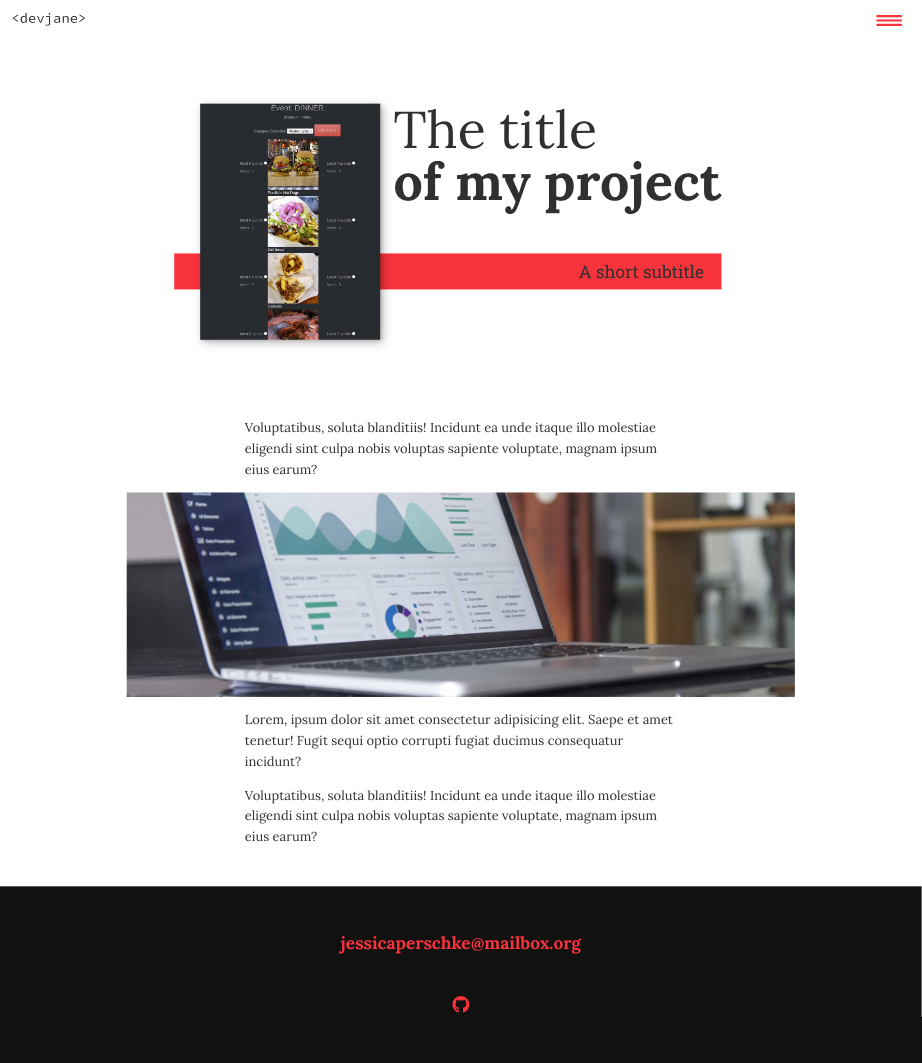
Repository: DinoDime/site
Page: portfolio-item1.html
The author's editor kept a copy of each file at every save. The page is drawn from the files as they stood at one save, then again after the next save.
The browser window is 1280 px wide. The pictures show the whole page, at 72% of full size.
Some web libraries are served in a nearby version.

Above is the page before, as saved 2021-05-03 05:41:08.

### portfolio-item1.html
<!DOCTYPE html>
<html lang="en">
  <head>
    <link
      rel="stylesheet"
      href="https://cdnjs.cloudflare.com/ajax/libs/normalize/8.0.1/normalize.css"
    />
    <meta charset="UTF-8" />
    <meta name="viewport" content="width=device-width, initial-scale=1.0" />
    <title>Jess' Portfolio</title>
    <link
      rel="stylesheet"
      href="https://cdnjs.cloudflare.com/ajax/libs/normalize/7.0.0/normalize.min.css"
    />
    <link
      rel="stylesheet"
      href="https://cdnjs.cloudflare.com/ajax/libs/font-awesome/5.11.2/css/all.css"
      integrity="sha256-46qynGAkLSFpVbEBog43gvNhfrOj+BmwXdxFgVK/Kvc="
      crossorigin="anonymous"
    />

    <!-- Update these with your own fonts -->
    <link
      href="https://fonts.googleapis.com/css?family=Lora:400,700|Roboto+Slab:400,700&display=swap"
      rel="stylesheet"
    />

    <link rel="stylesheet" href="css/style.css" />
  </head>
  <body>
    <header>
      <div class="logo">
        <img src="img/devjane.png" alt="" />
      </div>
      <!--Hamburger button-->
      <button class="nav-toggle" aria-label="toggle navigation">
        <span class="hamburger"></span>
      </button>
      <nav class="nav">
        <ul class="nav__list">
          <li class="nav__item">
            <a href="index.html" class="nav__link">Home</a>
          </li>
          <li class="nav__item">
            <a href="index.html#Skills" class="nav__link">Skills</a>
          </li>
          <li class="nav__item">
            <a href="index.html#about" class="nav__link">About me</a>
          </li>
          <li class="nav__item">
            <a href="index.html#work" class="nav__link">My Work</a>
          </li>
        </ul>
      </nav>
    </header>

    <section class="intro">
      <h1 class="section__title section__title--intro">
        The title <strong>of my project</strong>
      </h1>
      <p class="section__subtitle section__subtitle--intro">A short subtitle</p>
      <img src="img/MeetMeThere.png" alt="" class="intro__img" />
    </section>

    <div class="portfolio-item-individual">
      <p>
        Voluptatibus, soluta blanditiis! Incidunt ea unde itaque illo molestiae
        eligendi sint culpa nobis voluptas sapiente voluptate, magnam ipsum eius
        earum?
      </p>
      <img src="img/portfolio-details.jpg" alt="" />
      <p>
        Lorem, ipsum dolor sit amet consectetur adipisicing elit. Saepe et amet
        tenetur! Fugit sequi optio corrupti fugiat ducimus consequatur incidunt?
      </p>
      <p>
        Voluptatibus, soluta blanditiis! Incidunt ea unde itaque illo molestiae
        eligendi sint culpa nobis voluptas sapiente voluptate, magnam ipsum eius
        earum?
      </p>
    </div>

    <!-- Footer -->
    <footer class="footer">
      <!-- replace with your own email address -->
      <a href="mailto:jessicaperschke@mailbox.org" class="footer__link"
        >jessicaperschke@mailbox.org</a
      >
      <ul class="social-list">
        <li class="social-list__item">
          <a class="social-list__link" href="https://github.com/jl-perschke">
            <i class="fab fa-github"></i>
          </a>
        </li>
      </ul>
    </footer>

    <script src="js/index.js"></script>
  </body>
</html>

### css/style.css
*,
*::before,
*::after {
    box-sizing: border-box;
}

/* Custom Properties, update these for your own design */

:root {
    --ff-primary: 'Lora', serif;
    --ff-secondary: 'Roboto Slab', serif;

    --fw-reg: 400;
    --fw-bold: 700;

    --clr-light: #fff;
    --clr-dark: #303030;
    --clr-accent: #f8333c;

    --fs-h1: 3rem;
    --fs-h2: 2.25rem;
    --fs-h3: 1.25rem;
    --fs-body: 1rem;

    --bs: 0.25em 0.25em 0.75em rgba(0,0,0,.25),
          0.125em 0.125em 0.25em rgba(0,0,0,.15);
}

@media (min-width: 800px) {
    :root {
        --fs-h1: 4.5rem;
        --fs-h2: 3.75rem;
        --fs-h3: 1.5rem;
        --fs-body: 1.125rem;
    }
}

/* General styles */

/* endable this to add smooth scrolling */
/* html {
    scroll-behavior: smooth;
} */


body {
    background: var(--clr-light);
    color: var(--clr-dark);
    margin: 0;
    font-family: var(--ff-primary);
    font-size: var(--fs-body);
    line-height: 1.6;
}

section {
    padding: 5em 2em;
}

img {
    display: block;
    max-width: 100%;
}

strong { font-weight: var(--fw-bold) }

:focus {
    outline: 3px solid var(--clr-accent);
    outline-offset: 3px;
}

/* Buttons */

.btn {
    display: inline-block;
    padding: .5em 2.5em;
    background: var(--clr-accent);
    color: var(--clr-dark);
    text-decoration: none;
    cursor: pointer;
    font-size: .8rem;
    text-transform: uppercase;
    letter-spacing: 2px;
    font-weight: var(--fw-bold);
    transition: transform 200ms ease-in-out;
}

.btn:hover {
    transform: scale(1.1);
}

/* Typography */

h1,
h2,
h3 {
    line-height: 1;
    margin: 0;
}

h1 { font-size: var(--fs-h1) }
h2 { font-size: var(--fs-h2) }
h3 { font-size: var(--fs-h3) }


.section__title {
    margin-bottom: .25em;
}

.section__title--intro {
    font-weight: var(--fw-reg);
}

.section__title--intro strong {
    display: block;
}

.section__subtitle {
    margin: 0;
    font-size: var(--fs-h3);
}

.section__subtitle--intro,
.section__subtitle--about {
    background: var(--clr-accent);
    padding: .25em 1em;
    font-family: var(--ff-secondary);
    margin-bottom: 1em;
}

.section__subtitle--work {
    color: var(--clr-accent);
    font-weight: var(--fw-bold);
    margin-bottom: 2em;
}

/* header */

header {
    display: flex;
    justify-content: space-between;
    padding: 1em;
}

.logo {
    max-width: 100px;
}

.nav {
    position: fixed;
    background: var(--clr-dark);
    color: var(--clr-light);
    top: 0;
    bottom: 0;
    left: 0;
    right: 0;
    z-index: 100;

    transform: translateX(100%);
    transition: transform 250ms cubic-bezier(.5, 0, .5, 1);
}

.nav__list {
    list-style: none;
    display: flex;
    height: 100%;
    flex-direction: column;
    justify-content: space-evenly;
    align-items: center;
    margin: 0;
    padding: 0;
}

.nav__link {
    color: inherit;
    font-weight: var(--fw-bold);
    font-size: var(--fs-h2);
    text-decoration: none;
}

.nav__link:hover {
    color: var(--clr-accent);
}

.nav-toggle {
    padding: .5em;
    background: transparent;
    border: 0;
    cursor: pointer;
    position: absolute;
    right: 1em;
    top: 1em;
    z-index: 1000;
}

.nav-open .nav {
    transform: translateX(0);
}

.nav-open .nav-toggle {
    position: fixed;
}

.nav-open .hamburger {
    transform: rotate(.625turn);
}

.nav-open .hamburger::before {
    transform: rotate(90deg) translateX(-6px);
}

.nav-open .hamburger::after {
    opacity: 0;
}






.hamburger {
    display: block;
    position: relative;
}

.hamburger,
.hamburger::before,
.hamburger::after {
    background: var(--clr-accent);
    width: 2em;
    height: 3px;
    border-radius: 1em;
    transition: transform 250ms ease-in-out;
}


.hamburger::before,
.hamburger::after {
    content: '';
    position: absolute;
    left: 0;
    right: 0;
}

.hamburger::before { top: 6px; }
.hamburger::after { bottom: 6px; }


/*  Intro section  */

.intro {
    position: relative;
}

.intro__img {
    box-shadow: var(--bs);
}

.section__subtitle--intro {
    display: inline-block;
}

@media (min-width: 600px) {
    .intro {
        display: grid;
        width: min-content;
        margin: 0 auto;
        grid-column-gap: 1em;
        grid-template-areas:
            "img title"
            "img subtitle";
        grid-template-columns: min-content max-content;
    }

    .intro__img {
        grid-area: img;
        min-width: 250px;
        position: relative;
        z-index: 2;
    }

    .section__subtitle--intro {
        align-self: start;
        grid-column: -1 / 1;
        grid-row: 2;
        text-align: right;
        position: relative;
        left: -1.5em;
        width: calc(100% + 1.5em);
    }
}



/*  My services section  */

.my-services {
    background-color: var(--clr-dark);
    background-image: url(../img/services-bg.jpg);
    background-size: cover;
    /* background-blend-mode: multiply; */
    color: var(--clr-light);
    text-align: center;
}

.section__title--services {
    color: var(--clr-accent);
    position: relative;
}

.section__title--services::after {
    content: '';
    display: block;
    width: 2em;
    height: 1px;
    margin: 0.5em auto 1em;
    background: var(--clr-light);
    opacity: 0.25;
}

.services {
    margin-bottom: 4em;
}

.service {
    max-width: 500px;
    margin: 0 auto;
}

@media (min-width: 800px) {
    .services {
        display: flex;
        max-width: 1000px;
        margin-left: auto;
        margin-right: auto;
    }

    .service + .service {
        margin-left: 2em;
    }
}


.about-me {
    max-width: 1000px;
    margin: 0 auto;
}

.about-me__img {
    box-shadow: var(--bs);
}

@media (min-width: 600px) {
    .about-me {
        display: grid;
        grid-template-columns: 1fr 200px;
        grid-template-areas:
            "title img"
            "subtitle img"
            "text img";
        grid-column-gap: 2em;
    }

    .section__title--about {
        grid-area: title;
    }

    .section__subtitle--about {
        grid-column: 1 / -1;
        grid-row: 2;
        position: relative;
        left: -1em;
        width: calc(100% + 2em);
        padding-left: 1em;
        padding-right: calc(200px + 4em);
    }

    .about-me__img {
        grid-area: img;
        position: relative;
        z-index: 2;
    }
}

/* My Work */

.my-work {
    background-color: var(--clr-dark);
    color: var(--clr-light);
    text-align: center;
}

.portfolio {
    display: grid;
    grid-template-columns: repeat(auto-fit, minmax(300px, 1fr));
}

.portfolio__item {
    background: var(--clr-accent);
    overflow: hidden;
}

.portfolio__img {
    transition:
        transform 750ms cubic-bezier(.5, 0, .5, 1),
        opacity 250ms linear;
}

.portfolio__item:focus {
    position: relative;
    z-index: 2;
}

.portfolio__img:hover,
.portfolio__item:focus .portfolio__img {
    transform: scale(1.2);
    opacity: .5;
}


/* footer */

.footer {
    background: #111;
    color: var(--clr-accent);
    text-align: center;
    padding: 2.5em 0;
    font-size: var(--fs-h3);

}

.footer a {
    color: inherit;
    text-decoration: none;
}

.footer__link {
    font-weight: var(--fw-bold);
}

.footer__link:hover,
.social-list__link:hover {
    opacity: .7;
}

.footer__link:hover {
    text-decoration: underline;
}

.social-list {
    list-style: none;
    display: flex;
    justify-content: center;
    margin: 2em 0 0;
    padding: 0;
}

.social-list__item {
    margin: 0 .5em;
}

.social-list__link {
    padding: .5em;
}


/* Individual portfolio item styles */

.portfolio-item-individual {
    padding: 0 2em 2em;
    max-width: 1000px;
    margin: 0 auto;
}

.portfolio-item-individual p {
    max-width: 600px;
    margin-left: auto;
    margin-right: auto;
}

Loaded but not shown: js/index.js (common file)

After the next save:
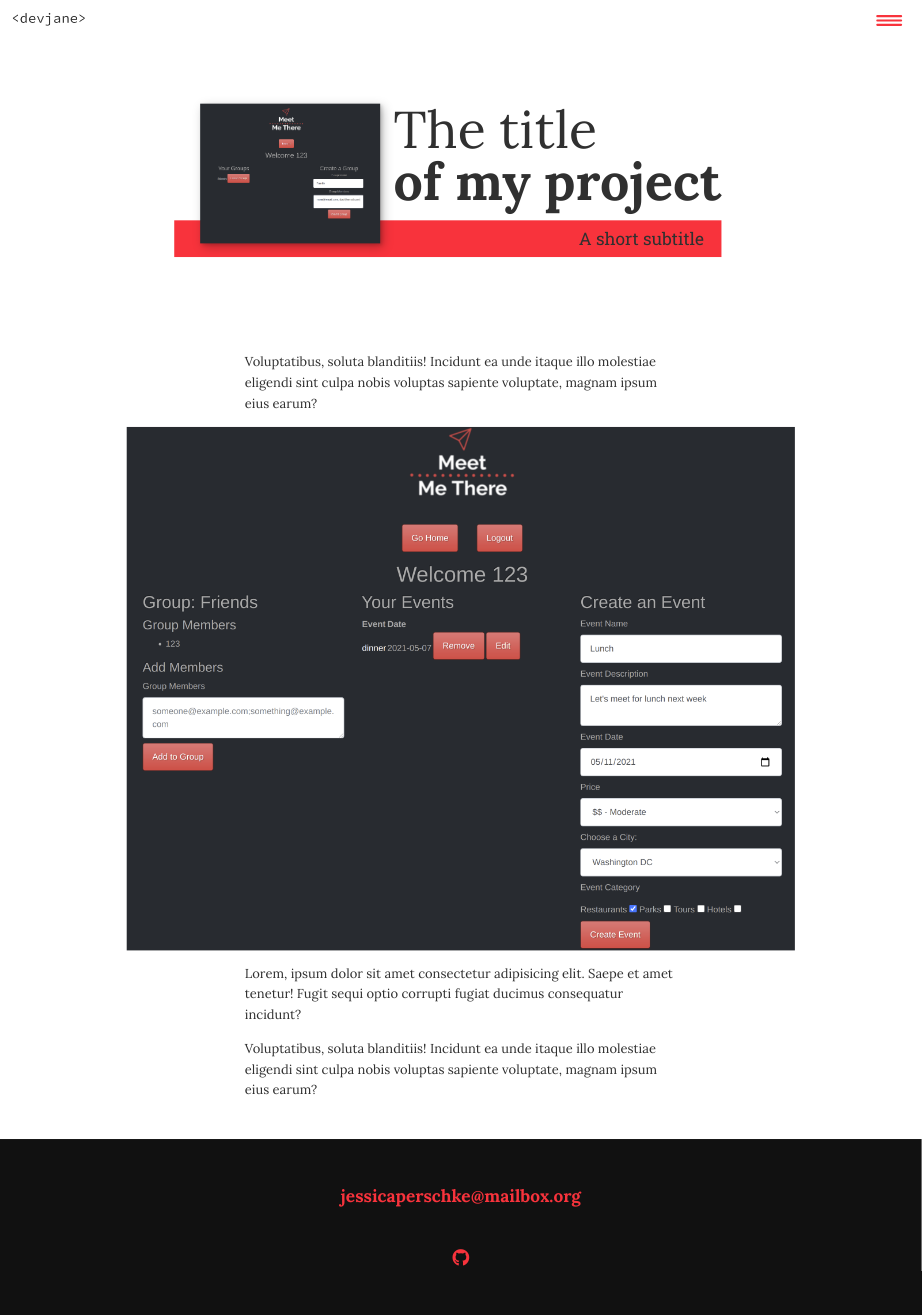
Saved 16 s later.
--- a/portfolio-item1.html
+++ b/portfolio-item1.html
@@ -59,7 +59,7 @@
         The title <strong>of my project</strong>
       </h1>
       <p class="section__subtitle section__subtitle--intro">A short subtitle</p>
-      <img src="img/MeetMeThere.png" alt="" class="intro__img" />
+      <img src="img/MeetMeThere2.png" alt="" class="intro__img" />
     </section>
 
     <div class="portfolio-item-individual">
@@ -68,7 +68,7 @@
         eligendi sint culpa nobis voluptas sapiente voluptate, magnam ipsum eius
         earum?
       </p>
-      <img src="img/portfolio-details.jpg" alt="" />
+      <img src="img/MeetMeThere3.png" alt="" />
       <p>
         Lorem, ipsum dolor sit amet consectetur adipisicing elit. Saepe et amet
         tenetur! Fugit sequi optio corrupti fugiat ducimus consequatur incidunt?
